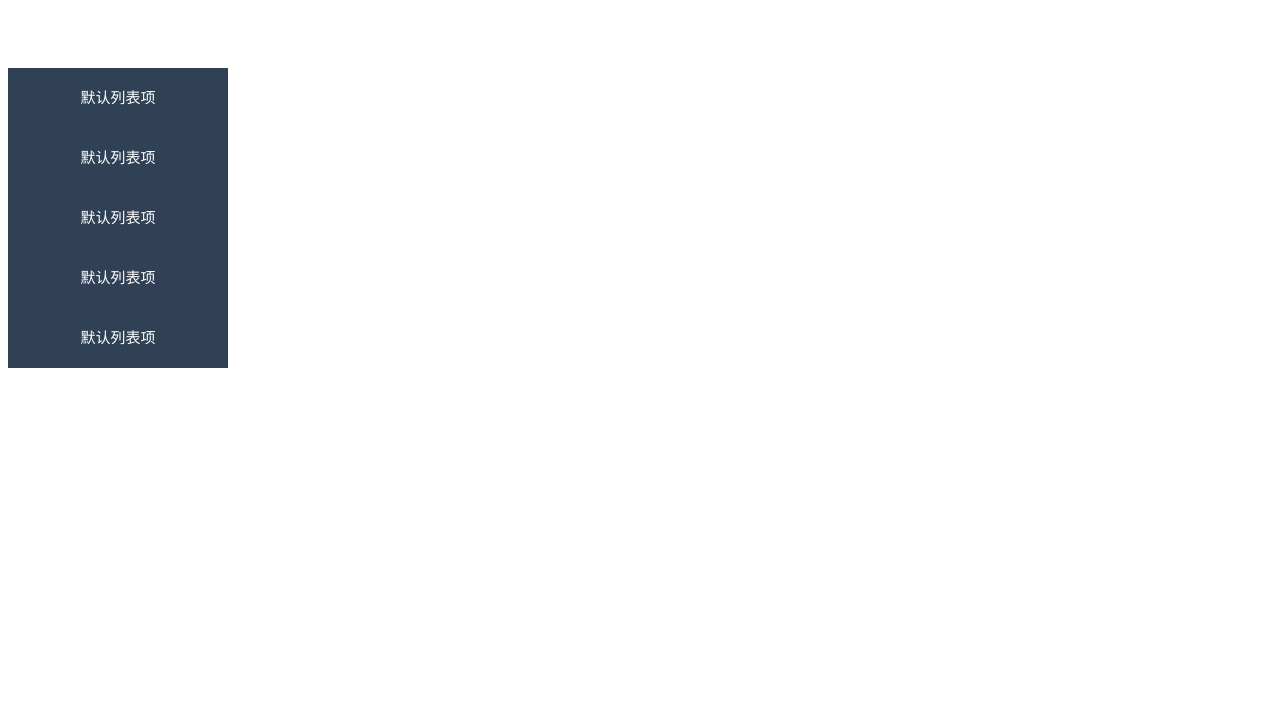
Repository: shandamengcheng/graduate-project
Page: /home
The author's editor kept a copy of each file at every save. The page is drawn from the files as they stood at one save, then again after the next save.
The browser window is 1280 px wide. The pictures show the whole page.
The project was rebuilt for these pictures with package versions that can differ from the ones it lists, and the page was loaded fresh each time. Also part of the build but not shown: src/views/Login.vue.

Above is the page before, as saved 2021-03-10 22:44:28.

After the next save:
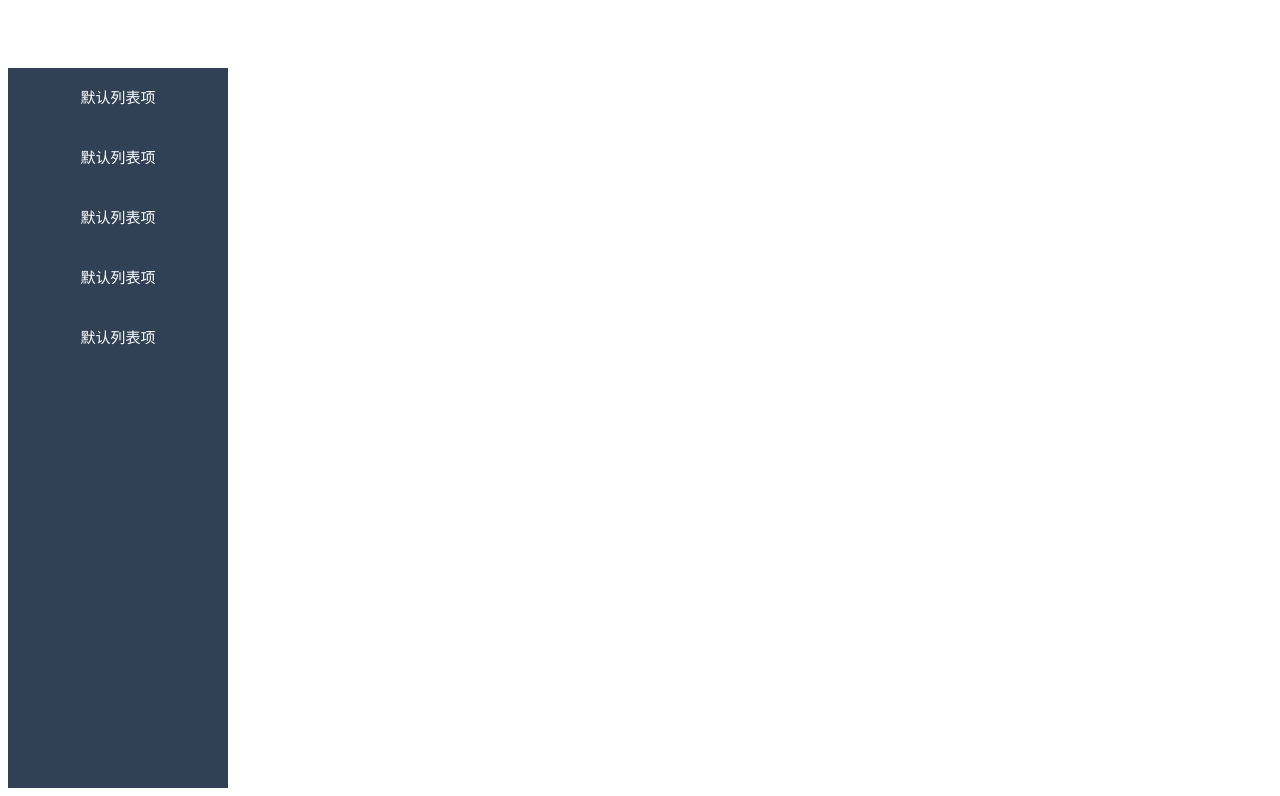
Saved 30 s later.
--- a/src/views/SideBar.vue
+++ b/src/views/SideBar.vue
@@ -27,7 +27,6 @@ export default {
   color: white;
   font-size: 15px;
   text-align: center;
-  height: 100%;
   display: flex;
   flex-direction: column;
 }
